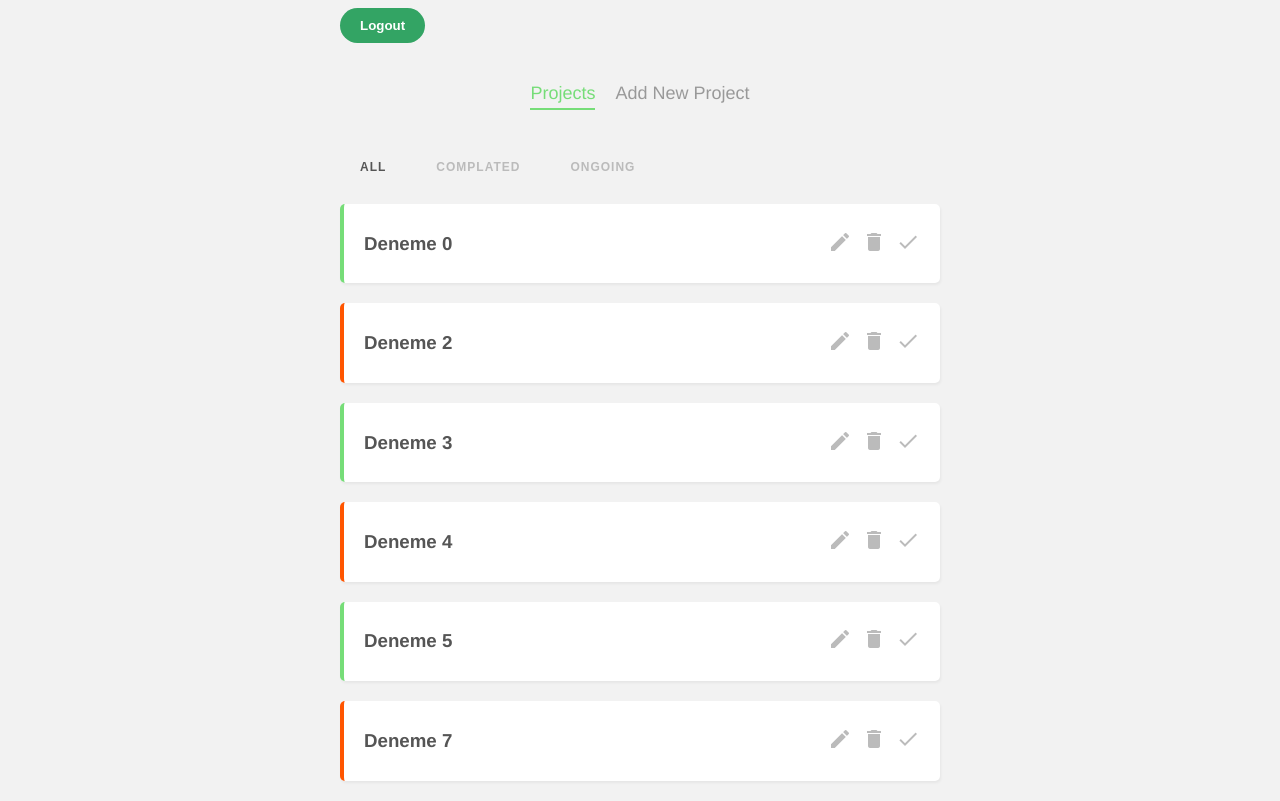
Repository: sercanisli/task-app
Page: /
The author's editor kept a copy of each file at every save. The page is drawn from the files as they stood at one save, then again after the next save.
The browser window is 1280 px wide. The pictures show the whole page.
The project was rebuilt for these pictures with package versions that can differ from the ones it lists, and the page was loaded fresh each time. Requests to the local data server were answered from the project's data file. Also part of the build but not shown: vue.config.js, src/assets/main.css. Imported but missing from the stored project, and not drawn on this page: src/views/AddProject.vue.

Above is the page before, as saved 2024-05-06 22:58:16.

After the next save:
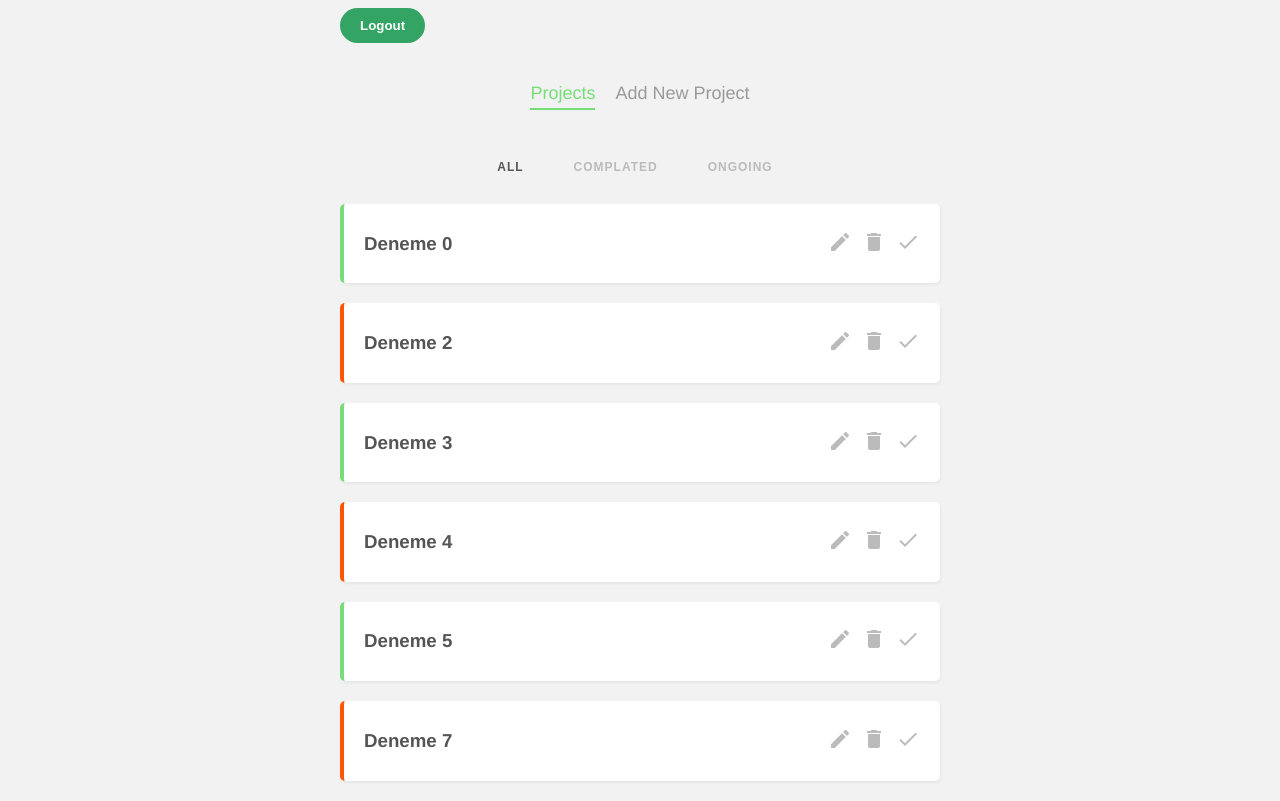
Saved 104 s later.
--- a/src/components/FilterNav.vue
+++ b/src/components/FilterNav.vue
@@ -30,6 +30,10 @@ export default {
 </script>
 
 <style>
+.filter-nav {
+  text-align: center;
+}
+
 .filter-nav button {
   justify-content: center;
   background: none;
